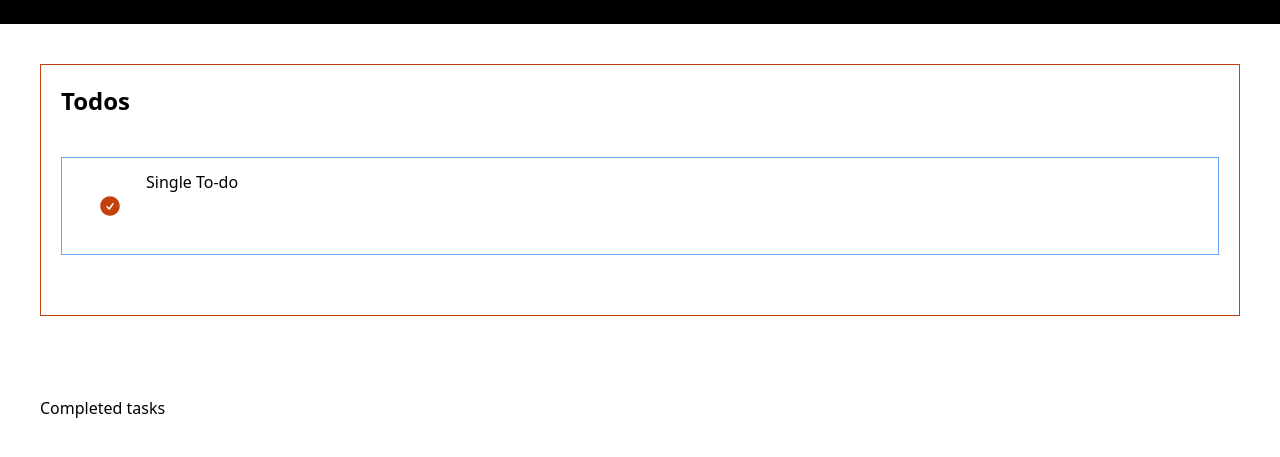
Repository: thekingisherenow/personalTodo
Page: /
These files come from the project's save history. The page is drawn as it stood at one moment and after the next save; the edit follows.
The browser window is 1280 px wide. The pictures show the whole page.
The project was rebuilt for these pictures with package versions that can differ from the ones it lists, and the page was loaded fresh each time. The framework's server and built-in components were replaced by stand-ins that run in the browser. Also part of the build but not shown: next.config.js, styles/Home.module.css.

Above is the page before, as saved 2022-12-15 15:03:05.

After the next save:
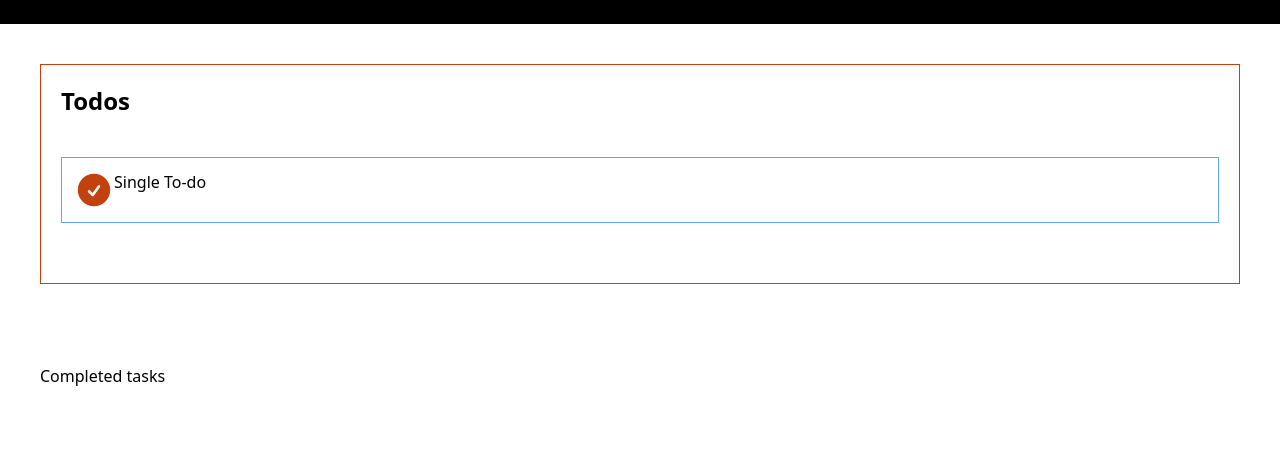
Saved 8 s later.
--- a/components/Todo.js
+++ b/components/Todo.js
@@ -4,7 +4,7 @@ import { CheckCircleIcon } from '@heroicons/react/24/solid'
 function Todo() {
   return (
     <div className='border border-blue-400 p-3 my-10 flex'>
-      <CheckCircleIcon className='m-4 p-2 text-orange-700 w-10 h-10 ' />
+      <CheckCircleIcon className=' text-orange-700 w-10 h-10 ' />
       <span>Single To-do</span>
     </div>
   )
